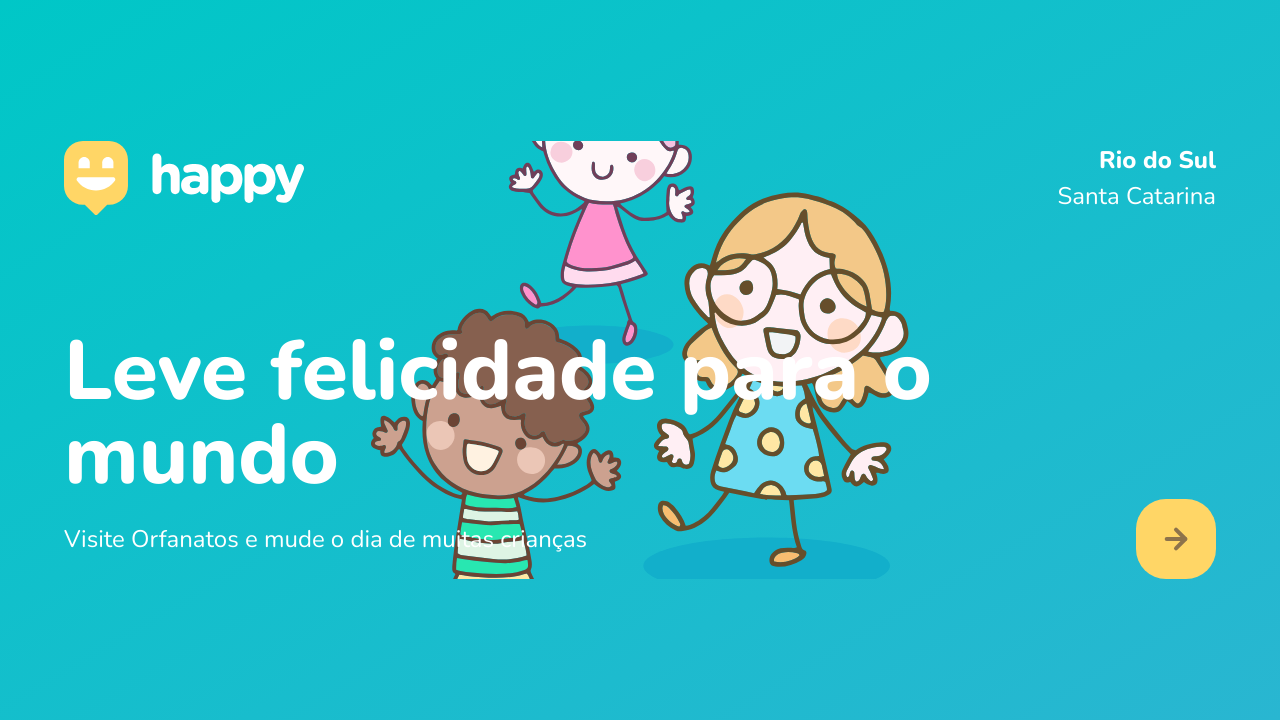
Repository: TeoNogueira/nlw3-rocketseatproject
Page: index.html
These files come from the project's save history. The page is drawn as it stood at one moment and after the next save; the edit follows.
The browser window is 1280 px wide. The pictures show the whole page.

Above is the page before, as saved 2020-10-13 13:01:32.

After the next save:
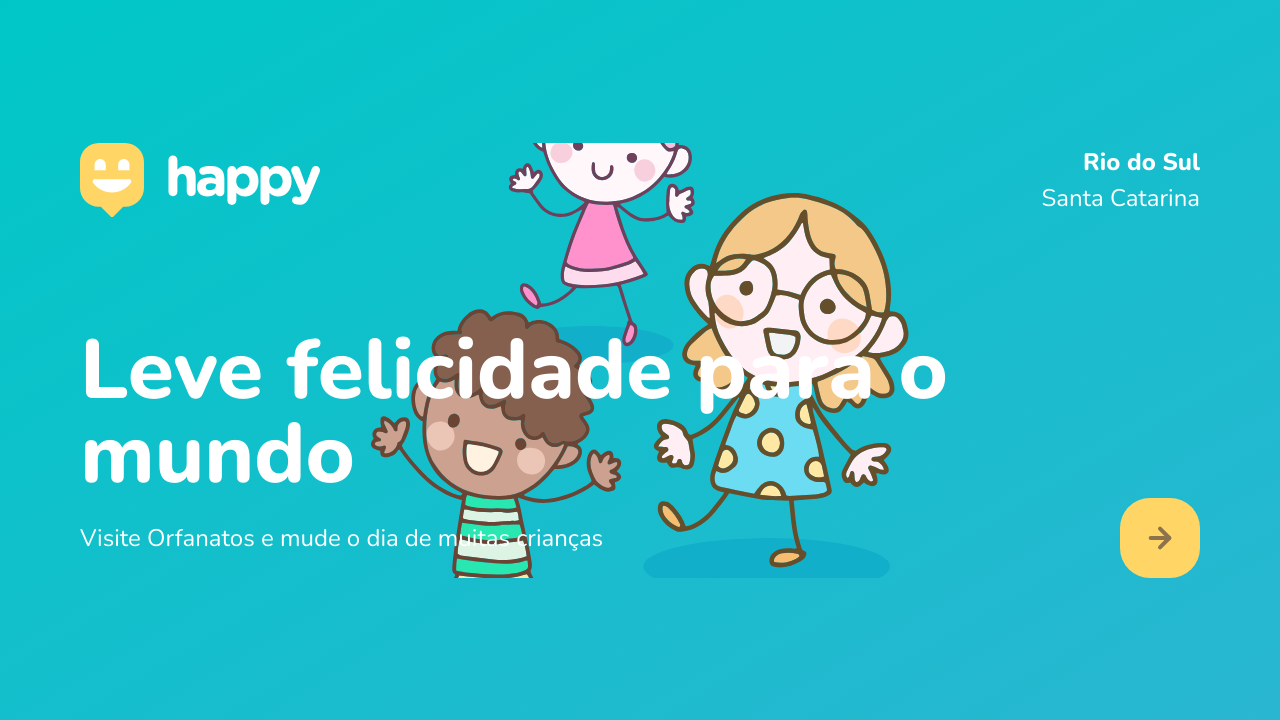
Saved 5 s later.
--- a/public/css/page-landing.css
+++ b/public/css/page-landing.css
@@ -16,8 +16,7 @@
 
 #container {
   margin: auto;
-  width: min(90%, 200rem);
-  height: min(90%, 100rem);
+  width: min(90%, 112rem);
 
 
 }
